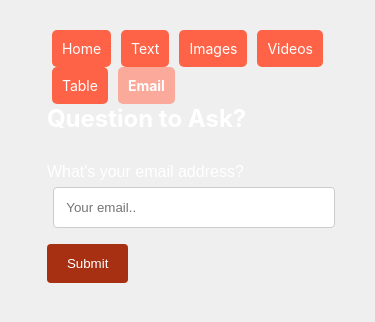
Repository: luhan68/personal_website
Page: email.html
An editor plug-in stored every save of this project. The page is shown before and after the next save, followed by the edit.
The browser window is 375 px wide. The pictures show the whole page.

Above is the page before, as saved 2021-01-31 13:19:02.

### email.html
<div class="container">
    <link href='style.css' rel='stylesheet' type='text/css'>
    <div class="nav">
        <div class="nav-bar">
            <ul>
                <li><a href="index.html">Home</a></li>
                <li><a href="text.html">Text</a></li>
                <li><a href="image.html">Images</a></li>
                <li><a href="video.html">Videos</a></li>
                <li><a href="table.html">Table</a></li>
                <li class="active-page"><a href="email.html">Email</a></li>
            </ul>

        </div>
    </div>

    <h2 class="title">Question to Ask?</h2>
            <form>

              <label>What's your email address?</label>
              <input type="text" id="email" placeholder="Your email..">
              <button class="sumbitBtn" type="button" onclick="submitEmail()">Submit</button>

            </form>
            <br>
          <p id="notice"></p>
          <button class="scrollToTopBtn">☝️</button>
          <script type="text/javascript" src="script.js"></script>
</div>

### style.css
* {
    margin: 0;
    padding: 0;
}

body  {
    background-color: black;
    color: white;
    font-family: -apple-system, BlinkMacSystemFont, 'Segoe UI', Roboto, Oxygen, Ubuntu, Cantarell, 'Open Sans', 'Helvetica Neue', sans-serif;
}

.container {
    width: 75vw;
    margin: 0 auto;
	margin-top: 10px;
	height: 200vmin
}

.scrollToTopBtn {
	background-color: white;
	border: none;
	border-radius: 50%;
	color: white;
	cursor: pointer;
	font-size: 16px;
	line-height: 48px;
	width: 48px;

	/* place it at the bottom right corner */
	position: fixed;
	bottom: 30px;
	right: 30px;
	/* keep it at the top of everything else */
	z-index: 100;
	/* hide with opacity */
	opacity: 0;
	/* also add a translate effect */
	transform: translateY(100px);
	/* and a transition */
	transition: all .5s ease
  }

  .showBtn {
	opacity: 1;
	transform: translateY(0)
  }

.nav {
    width: 100%;
}

.logo {
    float: left;
    width: 120px;
  margin: 0;
  padding: 0;
}

.nav-bar {
    float: right;
}

.nav-bar ul li {
    float: left;
    list-style-type: none;
    padding: 10px;
    margin: 0 5px;
    background-color: tomato;
    font-size: 14px;
    border-radius: 5px;

    transition: all 0.5s ease-out;
}

.nav-bar ul li:hover {
    background-color: wheat;
}

.nav .active-page {
	font-weight: bold;
	background-color:rgb(250, 169, 154);
  }

a {
    color: white;
    text-decoration: none;
}


.title {
text-align: left;
margin: 30px 0;
}

.myVideo {
text-align: center;
}

.myVideo iframe {
margin: 20px 20px;
}

.fb-like {
margin-bottom: 30px;
}

.footer {
width: 100%;
background-color: #333;
text-align: center;
padding: 20px 0;
margin-top: 50px;
}


input[type=text], select, textarea {
    width: 100%; /* Full width */
    padding: 12px; /* Some padding */
    border: 1px solid #ccc; /* Gray border */
    border-radius: 4px; /* Rounded borders */
    box-sizing: border-box; /* Make sure that padding and width stays in place */
    margin-top: 6px; /* Add a top margin */
    margin-bottom: 16px; /* Bottom margin */
    resize: vertical /* Allow the user to vertically resize the textarea (not horizontally) */
  }

  .sumbitBtn {
    background-color: #a73012;
    color: white;
    padding: 12px 20px;
    border: none;
    border-radius: 4px;
    cursor: pointer;
  }

  .sumbitBtn:hover {
    background-color: #d10c0c;
  }


  /* .myGallery {
    display: grid;
    grid-gap: 20px;
    grid-template-columns: repeat(auto-fit, minmax(175px, 1fr));
  }

  .myGallery img {
    width: 100%;
  } */



table {
    font-family: Arial, Helvetica, sans-serif;
    border-collapse: collapse;
    width: 100%;
  }

table td, table th {
    border: 1px solid rgb(34, 33, 33);
    padding: 8px;
  }

table tr:nth-child(even){background-color: #110f0f;}

table tr:hover {background-color: rgb(46, 43, 43);}

table th {
    padding-top: 12px;
    padding-bottom: 12px;
    text-align: left;
    background-color: #350901;
    color: white;
  }


  p,
label {
    font: 1rem 'Fira Sans', sans-serif;
}

input {
    margin: .4rem;
}


/* I refer to Paul's cool animation design on codepen and fix a few display width bugs: https://codepen.io/paulvddool/pen/yYeeVE */

#animation {
	display: block;
	margin: 20% auto;
	height: 80px;
	width: auto;
}
@media screen and (max-width: 1080px) {
	#animation {
		box-sizing: border-box;
		-moz-box-sizing: border-box;
		padding: 0px;
		width: 100%;
	}
}
@keyframes animateOnce {
	0% { transform: translateY(80px); -webkit-transform: translateY(80px); -moz-transform: translateY(80px); }
	100% { transform: translateY(0px); -webkit-transform: translateY(0px); -moz-transform: translateY(0px); }
}
@-webkit-keyframes animateOnce {
	0% { transform: translateY(80px); -webkit-transform: translateY(80px); -moz-transform: translateY(80px); }
	100% { transform: translateY(0px); -webkit-transform: translateY(0px); -moz-transform: translateY(0px); }
}
#text {
	width: 350px;
	height: 80px;
	float: left;
	overflow: hidden;
}
#text h1 {
	animation: animateOnce 0.2s;
	-webkit-animation: animateOnce 0.2s;
}
@keyframes animateFirst {
	0% { transform: translateY(80px); -webkit-transform: translateY(80px); -moz-transform:translateY(80px); }
	1% { transform: translateY(0px); -webkit-transform: translateY(0px); -moz-transform:translateY(0px); }
	14% { transform: translateY(0px); -webkit-transform: translateY(0px); -moz-transform:translateY(0px); }
	15% { transform: translateY(-80px); -webkit-transform: translateY(-80px); -moz-transform:translateY(-80px); }
	70% { transform: translateY(-80px); -webkit-transform: translateY(-80px); -moz-transform:translateY(-80px); }
	71% { transform: translateY(-160px); -webkit-transform: translateY(-160px); -moz-transform:translateY(-160px); }
	99% { transform: translateY(-160px); -webkit-transform: translateY(-160px); -moz-transform:translateY(-160px); }
	100% { transform: translateY(-240px); -webkit-transform: translateY(-240px); -moz-transform:translateY(-240px); }
}
@-webkit-keyframes animateFirst {
	0% { transform: translateY(80px); -webkit-transform: translateY(80px); -moz-transform:translateY(80px); }
	1% { transform: translateY(0px); -webkit-transform: translateY(0px); -moz-transform:translateY(0px); }
	14% { transform: translateY(0px); -webkit-transform: translateY(0px); -moz-transform:translateY(0px); }
	15% { transform: translateY(-80px); -webkit-transform: translateY(-80px); -moz-transform:translateY(-80px); }
	70% { transform: translateY(-80px); -webkit-transform: translateY(-80px); -moz-transform:translateY(-80px); }
	71% { transform: translateY(-160px); -webkit-transform: translateY(-160px); -moz-transform:translateY(-160px); }
	99% { transform: translateY(-160px); -webkit-transform: translateY(-160px); -moz-transform:translateY(-160px); }
	100% { transform: translateY(-240px); -webkit-transform: translateY(-240px); -moz-transform:translateY(-240px); }
}
@keyframes animateSecond {
	0% { transform: translateY(80px); -webkit-transform: translateY(80px); -moz-transform: translateY(80px); }
	14% { transform: translateY(80px); -webkit-transform: translateY(80px); -moz-transform: translateY(80px); }
	15% { transform: translateY(0px); -webkit-transform: translateY(0px); -moz-transform: translateY(0px); }
	29% { transform: translateY(0px); -webkit-transform: translateY(0px); -moz-transform: translateY(0px); }
	30% { transform: translateY(-80px); -webkit-transform: translateY(-80px); -moz-transform: translateY(-80px); }
	44% { transform: translateY(-80px); -webkit-transform: translateY(-80px); -moz-transform: translateY(-80px); }
	45% { transform: translateY(-160px); -webkit-transform: translateY(-160px); -moz-transform: translateY(-160px); }
	59% { transform: translateY(-160px); -webkit-transform: translateY(-160px); -moz-transform: translateY(-160px); }
	60% { transform: translateY(-240px); -webkit-transform: translateY(-240px); -moz-transform: translateY(-240px); }
	70% { transform: translateY(-240px); -webkit-transform: translateY(-240px); -moz-transform: translateY(-240px); }
	71% { transform: translateY(-320px); -webkit-transform: translateY(-320px); -moz-transform: translateY(-320px); }
	85% { transform: translateY(-320px); -webkit-transform: translateY(-320px); -moz-transform: translateY(-320px); }
	86% { transform: translateY(-400px); -webkit-transform: translateY(-400px); -moz-transform: translateY(-400px); }
	99% { transform: translateY(-400px); -webkit-transform: translateY(-400px); -moz-transform: translateY(-400px); }
	100% { transform: translateY(-480px); -webkit-transform: translateY(-480px); -moz-transform: translateY(-480px); }
}
@-webkit-keyframes animateSecond {
	0% { transform: translateY(80px); -webkit-transform: translateY(80px); -moz-transform: translateY(80px); }
	14% { transform: translateY(80px); -webkit-transform: translateY(80px); -moz-transform: translateY(80px); }
	15% { transform: translateY(0px); -webkit-transform: translateY(0px); -moz-transform: translateY(0px); }
	29% { transform: translateY(0px); -webkit-transform: translateY(0px); -moz-transform: translateY(0px); }
	30% { transform: translateY(-80px); -webkit-transform: translateY(-80px); -moz-transform: translateY(-80px); }
	44% { transform: translateY(-80px); -webkit-transform: translateY(-80px); -moz-transform: translateY(-80px); }
	45% { transform: translateY(-160px); -webkit-transform: translateY(-160px); -moz-transform: translateY(-160px); }
	59% { transform: translateY(-160px); -webkit-transform: translateY(-160px); -moz-transform: translateY(-160px); }
	60% { transform: translateY(-240px); -webkit-transform: translateY(-240px); -moz-transform: translateY(-240px); }
	70% { transform: translateY(-240px); -webkit-transform: translateY(-240px); -moz-transform: translateY(-240px); }
	71% { transform: translateY(-320px); -webkit-transform: translateY(-320px); -moz-transform: translateY(-320px); }
	85% { transform: translateY(-320px); -webkit-transform: translateY(-320px); -moz-transform: translateY(-320px); }
	86% { transform: translateY(-400px); -webkit-transform: translateY(-400px); -moz-transform: translateY(-400px); }
	99% { transform: translateY(-400px); -webkit-transform: translateY(-400px); -moz-transform: translateY(-400px); }
	100% { transform: translateY(-480px); -webkit-transform: translateY(-480px); -moz-transform: translateY(-480px); }
}
#first {
	height: 80px;
	float: left;
	margin-left: 10px;
	overflow: hidden;
}
#first ul {
	width: 230px;
	list-style: none;
	margin: 0;
	padding: 0;
	animation: animateFirst 21s infinite;
	-webkit-animation: animateFirst 21s infinite;
}

#second {
	height: 80px;
	float: left;
	margin-left: 10px;
	overflow: hidden;
}
#second ul {
	width: 300px;
	list-style: none;
	margin: 0;
	padding: 0;
	animation: animateSecond 21s infinite;
	-webkit-animation: animateSecond 21s infinite;
}

h1 {
	font-family: 'Roboto', 'Helvetica Neue', Helvetica, Arial;
	font-size: 60px;
	font-weight: 700;
	line-height: 80px;
	margin: 0px;
}
.gray {
	color: #404040;
}
.silver {
	color: #909090;
}
.lightgray {
	color: #BBB;
}
.lightergray {
	color: #DDD;
}


.gallery-wrapper {
    display: grid;
    grid-gap: 20px;
    grid-template-columns: repeat(auto-fit, minmax(350px, 1fr));
  }

.gallery-item {
	width: 100%;
	height: 100%;
	position: relative;
  }

  .gallery-item .image {
	width: 100%;
	height: 100%;
	overflow: hidden;
  }

  .gallery-item .image img:hover {
	transform: scale(1.1);
  }

  .gallery-item .image img {
	width: 100%;
	height: 100%;
	object-fit: cover;
   object-position: 50% 50%;
  cursor: pointer;
  transition: all 400ms ease-in;
   transform: scale(1);
   }

  #lightbox {
	position: fixed;
	z-index: 1000;
	top: 0;
	width: 100%;
	height: 100%;
	background-color: rgba(0, 0, 0, .92);
	display: none;
  }

  #lightbox.active {
	display: flex;
	justify-content: center;
	align-items: center;
  }

  #lightbox img {
	max-width: 90%;
	max-height: 80%;
	padding: 4px;
	border-radius: 1%;
	background-color: white;
  }



  .lightbox {
	 background-color: rgba(0,0,0,0.8);
	 overflow: scroll;
	 position: fixed;
	 display: none;
	 z-index: 1;
	 bottom: 0;
	 right: 0;
	 left: 0;
	 top: 0;
}
 .lightbox-container {
	 position: relative;
	 max-width: 960px;
	 margin: 7% auto;
	 display: block;
	 padding: 0 3%;
	 height: auto;
	 z-index: 10;
}
 @media screen and (max-width: 768px) {
	 .lightbox-container {
		 margin-top: 10%;
	}
}
 @media screen and (max-width: 414px) {
	 .lightbox-container {
		 margin-top: 13%;
	}
}
 .lightbox-content {
	 box-shadow: 0 1px 6px rgba(0,0,0,0.7);
}
 .lightbox-close {
	 text-transform: uppercase;
	 background: transparent;
	 position: absolute;
	 font-weight: 300;
	 font-size: 12px;
	 display: block;
	 border: none;
	 color: white;
	 top: -22px;
	 right: 3%;
}
 .video-container {
	 padding-bottom: 56.25%;
	 position: relative;
	 padding-top: 30px;
	 overflow: hidden;
	 height: 0;
}
 .video-container iframe, .video-container object, .video-container embed {
	 position: absolute;
	 height: 100%;
	 width: 100%;
	 left: 0;
	 top: 0;
}
 body {
	 background: #efefef;
}
 #container {
	 border-radius: 4px;
	 max-width: 300px;
	 height: auto;
	 padding: 50px;
	 background: white;
	 margin: 100px auto;
}
 #playme {
	 background: #007fed;
	 text-transform: uppercase;
	 font-weight: 300;
	 border: none;
	 color: white;
	 padding: 10px 15px;
	 display: inline-block;
	 font-size: 14px;
	 margin: 0;
}

### script.js
var scrollToTopBtn = document.querySelector(".scrollToTopBtn")
var rootElement = document.documentElement

function handleScroll() {
  // Do something on scroll
  var scrollTotal = rootElement.scrollHeight - rootElement.clientHeight
  if ((rootElement.scrollTop / scrollTotal ) > 0.80) {
    // Show button
    scrollToTopBtn.classList.add("showBtn")
  } else {
    // Hide button
    scrollToTopBtn.classList.remove("showBtn")
  }
}

function scrollToTop() {
  // Scroll to top logic
  rootElement.scrollTo({
    top: 0,
    behavior: "smooth"
  })
}
scrollToTopBtn.addEventListener("click", scrollToTop)
document.addEventListener("scroll", handleScroll)


function emailIsValid (email) {
  return /^[^\s@]+@[^\s@]+\.[^\s@]+$/.test(email)
}


function submitEmail() {
  var x, text;

  // Get the value of the input field with id="email"
  x = document.getElementById("email").value;

  if (emailIsValid(x)) {
    text = "Email successfully recorded!";
  } else {
    text = "Invalid email address.";
  }
  document.getElementById("notice").innerHTML = text;
}


//  ***** LIGHTBOX AREA  *****
const lightbox = document.createElement('div')
const images = document.querySelectorAll('img')
lightbox.id = 'lightbox'
document.body.appendChild(lightbox)

images.forEach(image => {
  image.addEventListener('click', e => {
    lightbox.classList.add('active')
    const img = document.createElement('img')
    img.src = image.src
    while (lightbox.firstChild) {
      lightbox.removeChild(lightbox.firstChild)
    }
    lightbox.appendChild(img)
    //  This blocks the background from scolling when lightbox is open - must set overflow in main css otherwise on the first time you click on the modal the page will scroll to the top
    document.body.style.overflowY='hidden'
  })
})

lightbox.addEventListener('click', e => {
  if (e.target !== e.currentTarget) return
  lightbox.classList.remove('active')
  document.body.style.overflowY='scroll'
})

After the next save:
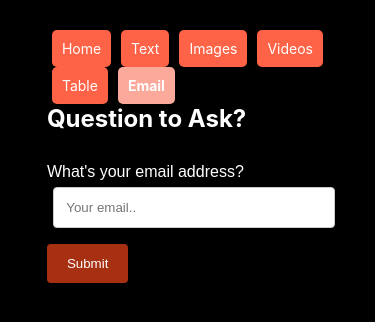
Saved 32 min 36 s later.
--- a/style.css
+++ b/style.css
@@ -378,87 +378,62 @@ h1 {
 	border-radius: 1%;
 	background-color: white;
   }
-
-
-
   .lightbox {
-	 background-color: rgba(0,0,0,0.8);
-	 overflow: scroll;
-	 position: fixed;
-	 display: none;
-	 z-index: 1;
-	 bottom: 0;
-	 right: 0;
-	 left: 0;
-	 top: 0;
-}
- .lightbox-container {
-	 position: relative;
-	 max-width: 960px;
-	 margin: 7% auto;
-	 display: block;
-	 padding: 0 3%;
-	 height: auto;
-	 z-index: 10;
-}
- @media screen and (max-width: 768px) {
-	 .lightbox-container {
-		 margin-top: 10%;
-	}
-}
- @media screen and (max-width: 414px) {
-	 .lightbox-container {
-		 margin-top: 13%;
-	}
-}
- .lightbox-content {
-	 box-shadow: 0 1px 6px rgba(0,0,0,0.7);
-}
- .lightbox-close {
-	 text-transform: uppercase;
-	 background: transparent;
-	 position: absolute;
-	 font-weight: 300;
-	 font-size: 12px;
-	 display: block;
-	 border: none;
-	 color: white;
-	 top: -22px;
-	 right: 3%;
-}
- .video-container {
-	 padding-bottom: 56.25%;
-	 position: relative;
-	 padding-top: 30px;
-	 overflow: hidden;
-	 height: 0;
-}
- .video-container iframe, .video-container object, .video-container embed {
-	 position: absolute;
-	 height: 100%;
-	 width: 100%;
-	 left: 0;
-	 top: 0;
-}
- body {
-	 background: #efefef;
-}
- #container {
-	 border-radius: 4px;
-	 max-width: 300px;
-	 height: auto;
-	 padding: 50px;
-	 background: white;
-	 margin: 100px auto;
-}
- #playme {
-	 background: #007fed;
-	 text-transform: uppercase;
-	 font-weight: 300;
-	 border: none;
-	 color: white;
-	 padding: 10px 15px;
-	 display: inline-block;
-	 font-size: 14px;
-	 margin: 0;
-}
+	background-color: rgba(0,0,0,0.8);
+	overflow: scroll;
+	position: fixed;
+	display: none;
+	z-index: 1;
+	bottom: 0;
+	right: 0;
+	left: 0;
+	top: 0;
+}
+.lightbox-container {
+	position: relative;
+	max-width: 960px;
+	margin: 7% auto;
+	display: block;
+	padding: 0 3%;
+	height: auto;
+	z-index: 10;
+}
+@media screen and (max-width: 768px) {
+	.lightbox-container {
+		margin-top: 10%;
+   }
+}
+@media screen and (max-width: 414px) {
+	.lightbox-container {
+		margin-top: 13%;
+   }
+}
+.lightbox-content {
+	box-shadow: 0 1px 6px rgba(0,0,0,0.7);
+}
+.lightbox-close {
+	text-transform: uppercase;
+	background: transparent;
+	position: absolute;
+	font-weight: 300;
+	font-size: 12px;
+	display: block;
+	border: none;
+	color: white;
+	top: -22px;
+	right: 3%;
+}
+.video-container {
+	padding-bottom: 56.25%;
+	position: relative;
+	padding-top: 30px;
+	overflow: hidden;
+	height: 0;
+}
+.video-container iframe, .video-container object, .video-container embed {
+	position: absolute;
+	height: 100%;
+	width: 100%;
+	left: 0;
+	top: 0;
+}
